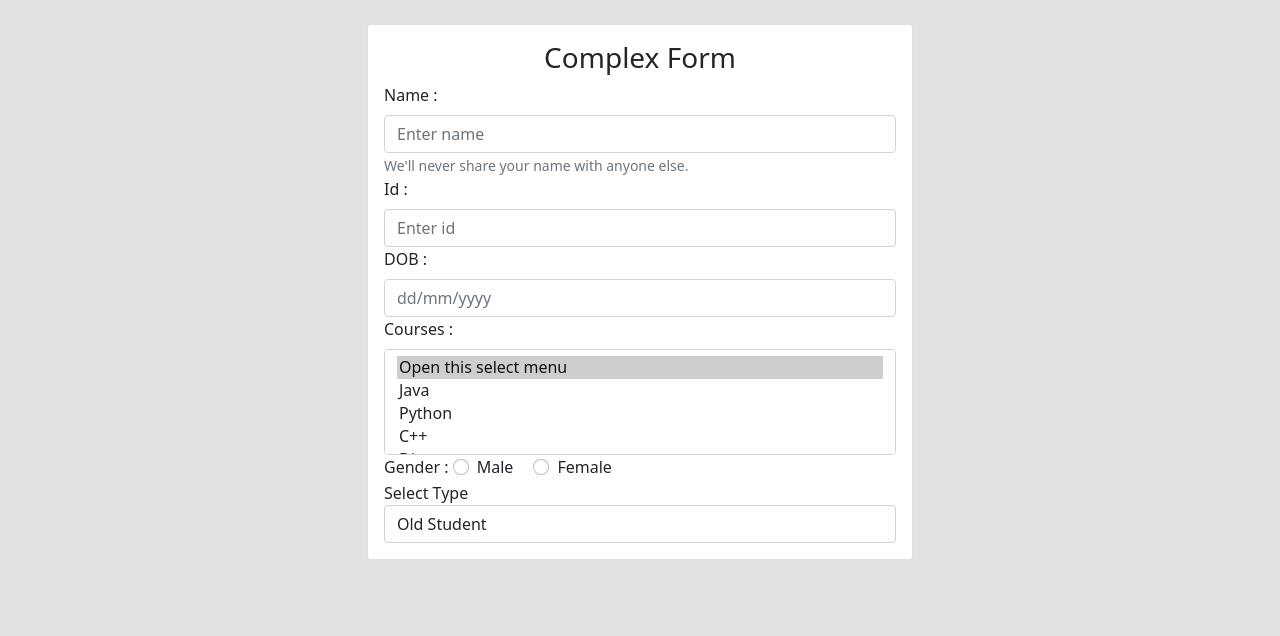
Repository: urvashimalviya/crudDemo
Page: http://localhost/SearchProject/WEB-INF/views/complex_form.jsp
An editor plug-in stored every save of this project. The page is shown before and after the next save, followed by the edit.
The browser window is 1280 px wide. The pictures show the whole page.
The page is served by Tomcat 9. Nobody is signed in. The template is opened directly, without the code that normally fills it, so the values that code supplies are empty.

Above is the page before, as saved 2021-08-11 09:55:51.

After the next save:
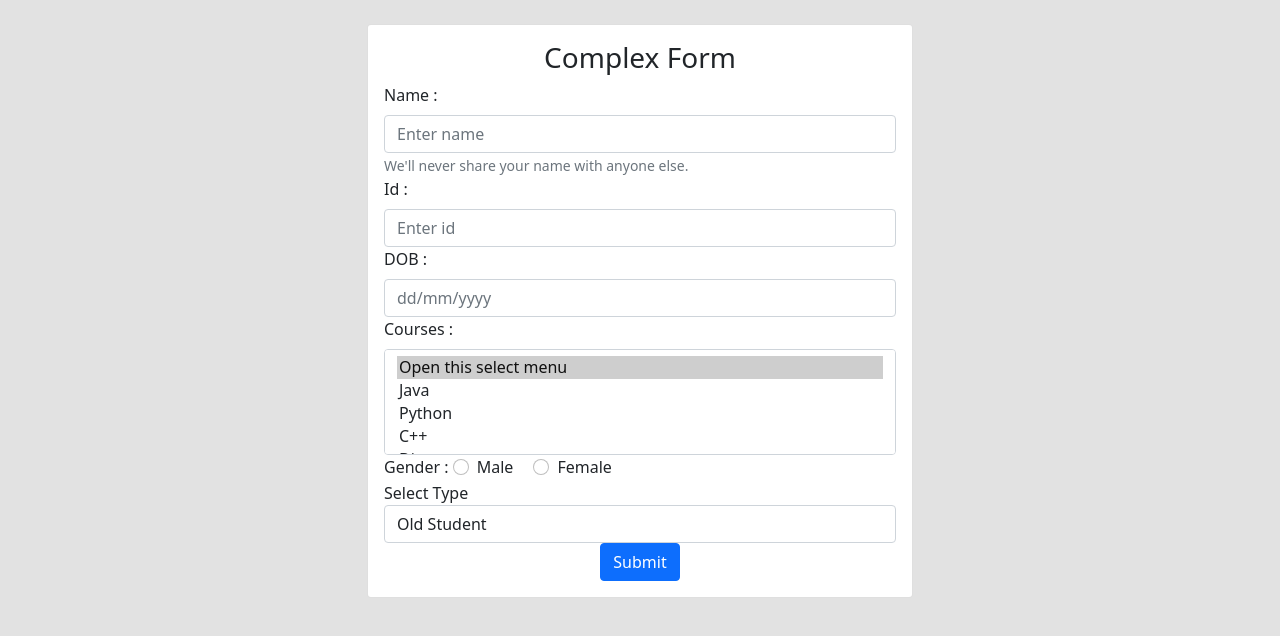
Saved 2 min 13 s later.
--- a/SearchProject/src/main/webapp/WEB-INF/views/complex_form.jsp
+++ b/SearchProject/src/main/webapp/WEB-INF/views/complex_form.jsp
@@ -88,6 +88,10 @@
 									<option value="normalStudent">Normal Student</option>
 								</select>
 							</div>
+							<div class="container text-center">
+								<button type="submit" class="btn btn-primary">Submit</button>
+
+							</div>
 
 						</form>
 					</div>
